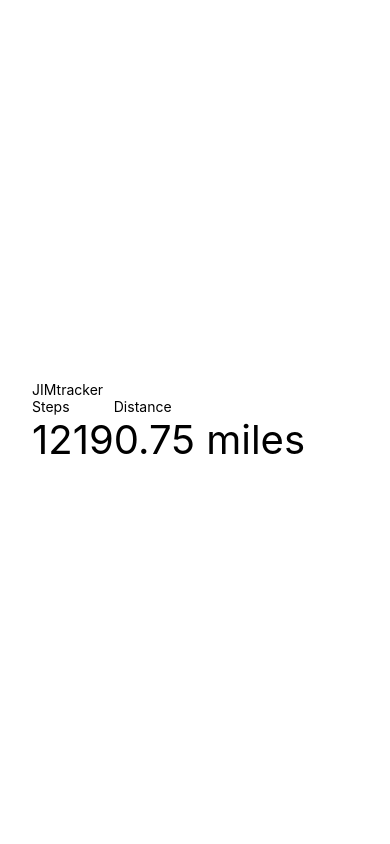
Repository: JamesPesenti/JiMTracker
Screen: /
An editor plug-in stored every save of this project. The screen is shown before and after the next save, followed by the edit.
The app was drawn by React Native's web renderer in a window 390 px wide. The project was rebuilt for these pictures with package versions that can differ from the ones it lists, and the page was loaded fresh each time.

Above is the screen before, as saved 2023-06-16 10:34:15.

After the next save:
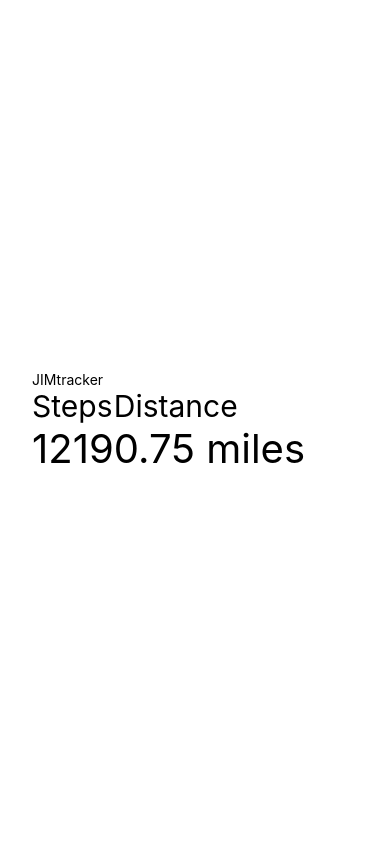
Saved 11 s later.
--- a/App.tsx
+++ b/App.tsx
@@ -30,7 +30,7 @@ const styles = StyleSheet.create({
     marginHorizontal: 20
   },
   label: {
-
+    fontSize: 30
   },
   amount: {
     fontSize: 40
